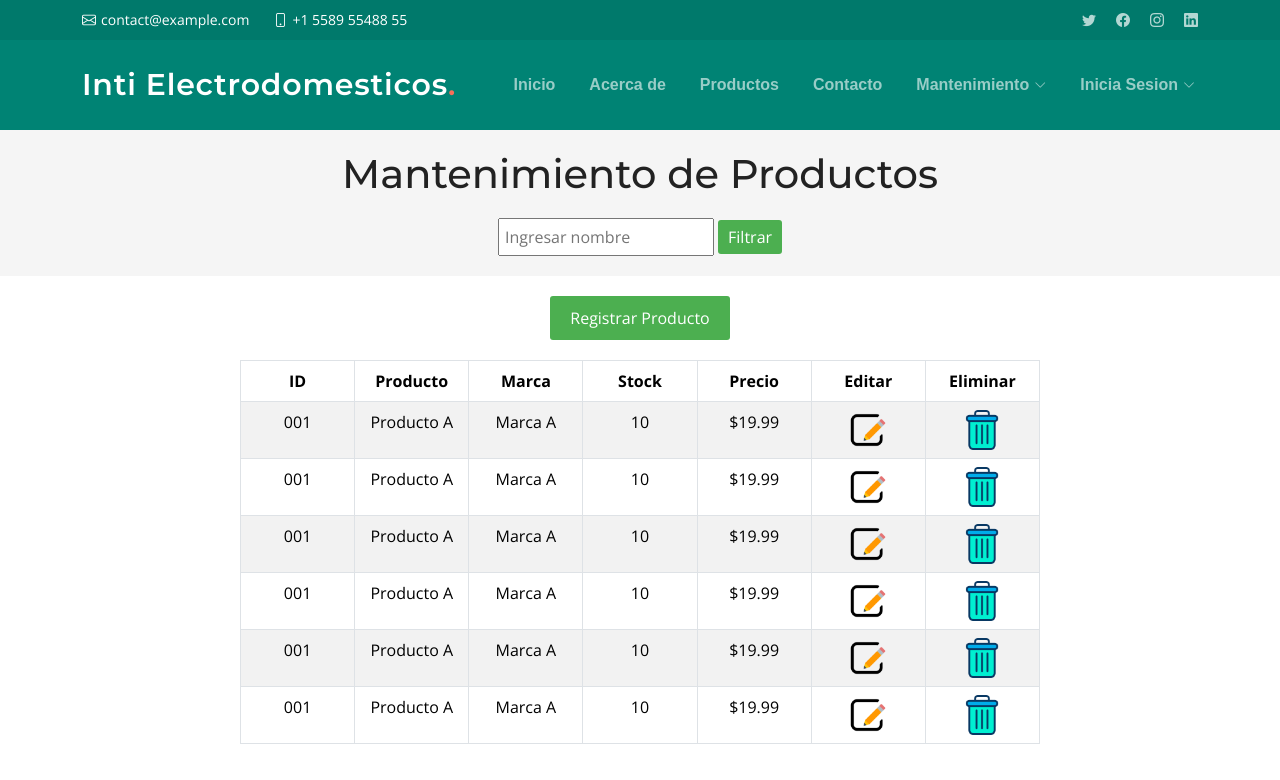
Repository: JReynaldoDelRio/DAWI---IntiElectrdomesticos
Page: http://localhost/mantenimientoProducto
An editor plug-in stored every save of this project. The page is shown before and after the next save, followed by the edit.
The browser window is 1280 px wide. The pictures show the whole page.
Some web fonts or font styles are not loaded; a fallback is used. Some web libraries are served in a nearby version. The page is this project's Thymeleaf template; nobody is signed in. The template is opened directly, without the code that normally fills it, so the values that code supplies are empty.

Above is the page before, as saved 2023-06-07 17:22:05.

### IntiElectrodomesticos/src/main/resources/templates/mantenimientoProducto.html
<!DOCTYPE html>
<html>
<head>
<meta charset="ISO-8859-1">
  <meta charset="utf-8">
  <meta content="width=device-width, initial-scale=1.0" name="viewport">

<link rel="stylesheet" href="css/producto.css">

  <link href="assets/img/favicon.png" rel="icon">
  <link href="assets/img/apple-touch-icon.png" rel="apple-touch-icon">

  <link rel="preconnect" href="https://fonts.googleapis.com">
  <link rel="preconnect" href="https://fonts.gstatic.com" crossorigin>
  <link href="https://fonts.googleapis.com/css2?family=Open+Sans:ital,wght@0,300;0,400;0,500;0,600;0,700;1,300;1,400;1,600;1,700&family=Montserrat:ital,wght@0,300;0,400;0,500;0,600;0,700;1,300;1,400;1,500;1,600;1,700&family=Raleway:ital,wght@0,300;0,400;0,500;0,600;0,700;1,300;1,400;1,500;1,600;1,700&display=swap" rel="stylesheet">

  <link href="assets/vendor/bootstrap/css/bootstrap.min.css" rel="stylesheet">
  <link href="assets/vendor/bootstrap-icons/bootstrap-icons.css" rel="stylesheet">
  <link href="assets/vendor/aos/aos.css" rel="stylesheet">
  <link href="assets/vendor/glightbox/css/glightbox.min.css" rel="stylesheet">
  <link href="assets/vendor/swiper/swiper-bundle.min.css" rel="stylesheet">
  <link rel="stylesheet" href="https://cdn.jsdelivr.net/npm/bootstrap@5.7.1/dist/css/bootstrap.min.css">


  <link href="assets/css/main.css" rel="stylesheet">

<title>Mantenimiento Producto</title>
</head>
<body>

<section id="topbar" class="topbar d-flex align-items-center">
    <div class="container d-flex justify-content-center justify-content-md-between">
      <div class="contact-info d-flex align-items-center">
        <i class="bi bi-envelope d-flex align-items-center"><a href="mailto:contact@example.com">contact@example.com</a></i>
        <i class="bi bi-phone d-flex align-items-center ms-4"><span>+1 5589 55488 55</span></i>
      </div>
      <div class="social-links d-none d-md-flex align-items-center">
        <a href="#" class="twitter"><i class="bi bi-twitter"></i></a>
        <a href="#" class="facebook"><i class="bi bi-facebook"></i></a>
        <a href="#" class="instagram"><i class="bi bi-instagram"></i></a>
        <a href="#" class="linkedin"><i class="bi bi-linkedin"></i></i></a>
      </div>
    </div>
  </section>

  <header id="header" class="header d-flex align-items-center">

    <div class="container-fluid container-xl d-flex align-items-center justify-content-between">
      <a href="index.html" class="logo d-flex align-items-center">

        <!-- <img src="assets/img/logo.png" alt=""> -->
        <h1>Inti Electrodomesticos<span>.</span></h1>
      </a>
      <nav id="navbar" class="navbar">
        <ul>
          <li><a href="/inicio">Inicio</a></li>
          <li><a href="#about">Acerca de </a></li>

          <li><a href="#portfolio">Productos</a></li>



          <li><a href="#contact">Contacto</a></li>
          <li class="dropdown"><a href="#"><span>Mantenimiento</span> <i class="bi bi-chevron-down dropdown-indicator"></i></a>
            <ul>

              <li class="dropdown"><a href="/mantenimientoProducto"><span>Productos</span> <i class="bi bi-chevron-down dropdown-indicator"></i></a>
              </li>
              <li class="dropdown"><a href="#"><span>Cliente</span> <i class="bi bi-chevron-down dropdown-indicator"></i></a>
                <ul>
                  <li><a href="#">Listar</a></li>
                  <li><a href="#">Agregar</a></li>
                  <li><a href="#">Eliminar</a></li>
                  <li><a href="#">Actualizar</a></li>
                </ul>
              </li>
              <li class="dropdown"><a href="#"><span>Proveedor</span> <i class="bi bi-chevron-down dropdown-indicator"></i></a>
                <ul>
                  <li><a href="#">Listar</a></li>
                  <li><a href="#">Agregar</a></li>
                  <li><a href="#">Eliminar</a></li>
                  <li><a href="#">Actualizar</a></li>
                </ul>
              </li>
              <li class="dropdown"><a href="#"><span>Factura</span> <i class="bi bi-chevron-down dropdown-indicator"></i></a>
                <ul>
                  <li><a href="#">Listar</a></li>
                  <li><a href="#">Agregar</a></li>
                  <li><a href="#">Eliminar</a></li>
                  <li><a href="#">Actualizar</a></li>
                </ul>
              </li>


            </ul>
          </li>
          <li class="dropdown"><a href="#"><span>Inicia Sesion</span> <i class="bi bi-chevron-down dropdown-indicator"></i></a>
            <ul>

              <li class="dropdown"><a href="#"><span>Ingresar</span> </a>

              </li>
              <li class="dropdown"><a href="#"><span>Registrar</span> </a>

              </li>

            </ul>
          </li>

        </ul>
      </nav>

      <i class="mobile-nav-toggle mobile-nav-show bi bi-list"></i>
      <i class="mobile-nav-toggle mobile-nav-hide d-none bi bi-x"></i>

    </div>
  </header>
 <header>
        <h1>Mantenimiento de Productos</h1>
        <div class="filter-form">
          <input type="text" placeholder="Ingresar nombre">
          <button>Filtrar</button>
        </div>
      </header>
      <main>
        <button class="register-button" onclick="openDialog()">Registrar Producto</button>
        <table class="table table-bordered table-striped text-center">
          <thead>
            <tr>
              <th>ID</th>
              <th>Producto</th>
              <th>Marca</th>
              <th>Stock</th>
              <th>Precio</th>
              <th>Editar</th>
              <th>Eliminar</th>
            </tr>
          </thead>
          <tbody>
            <tr>
              <td>001</td>
              <td>Producto A</td>
              <td>Marca A</td>
              <td>10</td>
              <td>$19.99</td>
              <td><img src="img/editar.png" alt="Editar"></td>
              <td><img src="img/eliminar.png" alt="Editar"></td>
            </tr>
            <!-- Más filas de la tabla aquí -->
            <tr>
                <td>001</td>
                <td>Producto A</td>
                <td>Marca A</td>
                <td>10</td>
                <td>$19.99</td>
                <td><img src="img/editar.png" alt="Editar"></td>
                <td><img src="img/eliminar.png" alt="Editar"></td>
              </tr>
              <tr>
                <td>001</td>
                <td>Producto A</td>
                <td>Marca A</td>
                <td>10</td>
                <td>$19.99</td>
                <td><img src="img/editar.png" alt="Editar"></td>
                <td><img src="img/eliminar.png" alt="Editar"></td>
              </tr>
              <tr>
                <td>001</td>
                <td>Producto A</td>
                <td>Marca A</td>
                <td>10</td>
                <td>$19.99</td>
                <td><img src="img/editar.png" alt="Editar"></td>
                <td><img src="img/eliminar.png" alt="Editar"></td>
              </tr>
              <tr>
                <td>001</td>
                <td>Producto A</td>
                <td>Marca A</td>
                <td>10</td>
                <td>$19.99</td>
                <td><img src="img/editar.png" alt="Editar"></td>
                <td><img src="img/eliminar.png" alt="Editar"></td>
              </tr>
              <tr>
                <td>001</td>
                <td>Producto A</td>
                <td>Marca A</td>
                <td>10</td>
                <td>$19.99</td>
                <td><img src="img/editar.png" alt="Editar"></td>
                <td><img src="img/eliminar.png" alt="Editar"></td>
              </tr>
          </tbody>
        </table>
      </main>

    <dialog id="register-dialog" >
        <h2>Registro de Producto</h2>
        <form>
          <label for="name">Nombre:</label>
          <select id="name">
            <option value="producto1">Producto 1</option>
            <option value="producto2">Producto 2</option>
            <option value="producto3">Producto 3</option>
          </select>

          <label for="brand">Marca:</label>
          <select id="brand">
            <option value="marca1">Marca 1</option>
            <option value="marca2">Marca 2</option>
            <option value="marca3">Marca 3</option>
          </select>

          <label for="stock">Stock:</label>
          <input type="number" id="stock">

          <label for="price">Precio:</label>
          <input type="number" step="0.01" id="price">

          <button type="button" onclick="registerProduct()">Registrar</button>
          <button type="button" onclick="closeDialog()">Cancelar</button>
        </form>
      </dialog>
      <script src="js/producto.js"></script>
</body>
</html>

### IntiElectrodomesticos/src/main/resources/static/css/producto.css
body {
	font-family: Arial, sans-serif;
	margin: 0;
	padding: 0;
}

header {
	background-color: #f5f5f5;
	padding: 20px;
}

h1 {
	text-align: center;
	margin-top: 0;
}

.filter-form {
	text-align: center;
	margin-top: 20px;
}

.filter-form input[type="text"] {
	padding: 5px;
}

.filter-form button {
	padding: 5px 10px;
	background-color: #4CAF50;
	color: white;
	border: none;
	border-radius: 3px;
	cursor: pointer;
}

main {
	padding: 20px;
	display: flex;
	flex-direction: column;
	align-items: center;
}

.register-button {
	padding: 10px 20px;
	background-color: #4CAF50;
	color: white;
	border: none;
	border-radius: 3px;
	cursor: pointer;
	margin-bottom: 20px;
}

table {
	margin: 0 auto; /* Centrar la tabla horizontalmente */
	max-width: 800px; /* Ancho máximo de la tabla */
	width: 100%;
	table-layout: fixed; /* Fijar el ancho de las columnas */
}

th, td {
	padding: 10px;
	text-align: center;
	border-bottom: 1px solid #ddd;
}

th {
	background-color: #f5f5f5;
}

tbody tr:hover {
	background-color: #f9f9f9;
}

th:nth-child(1), td:nth-child(1), th:nth-child(2), td:nth-child(2), th:nth-child(3),
	td:nth-child(3), th:nth-child(4), td:nth-child(4), th:nth-child(5), td:nth-child(5),
	th:nth-child(6), td:nth-child(6), th:nth-child(7), td:nth-child(7) {
	width: 38.28%; /* Tamaño de cada columna (100% / 7) */
}

img {
	width: 40px;
	height: 40px;
}

dialog {
	border: none;
	padding: 20px;
	width: 400px;
	background-color: #f5f5f5;
	position: fixed;
	top: 50%;
	left: 30%;
	transform: translate(-50%, -50%);
}

dialog h2 {
	margin-top: 0;
	font-size: 24px;
	color: #4CAF50;
	border-bottom: 2px solid #4CAF50;
	text-align: center;
	padding-bottom: 10px;
}

dialog form {
	display: flex;
	flex-direction: column;
}

dialog label {
	margin-bottom: 5px;
}

dialog input, dialog select {
	margin-bottom: 10px;
	padding: 5px;
}

dialog button {
	padding: 5px 10px;
	background-color: #4CAF50;
	color: white;
	border: none;
	border-radius: 3px;
	cursor: pointer;
	margin-top: 10px;
}

Loaded but not shown: IntiElectrodomesticos/src/main/resources/static/js/producto.js (20 lines, source omitted); IntiElectrodomesticos/src/main/resources/static/assets/css/main.css (2669 lines, source omitted)

After the next save:
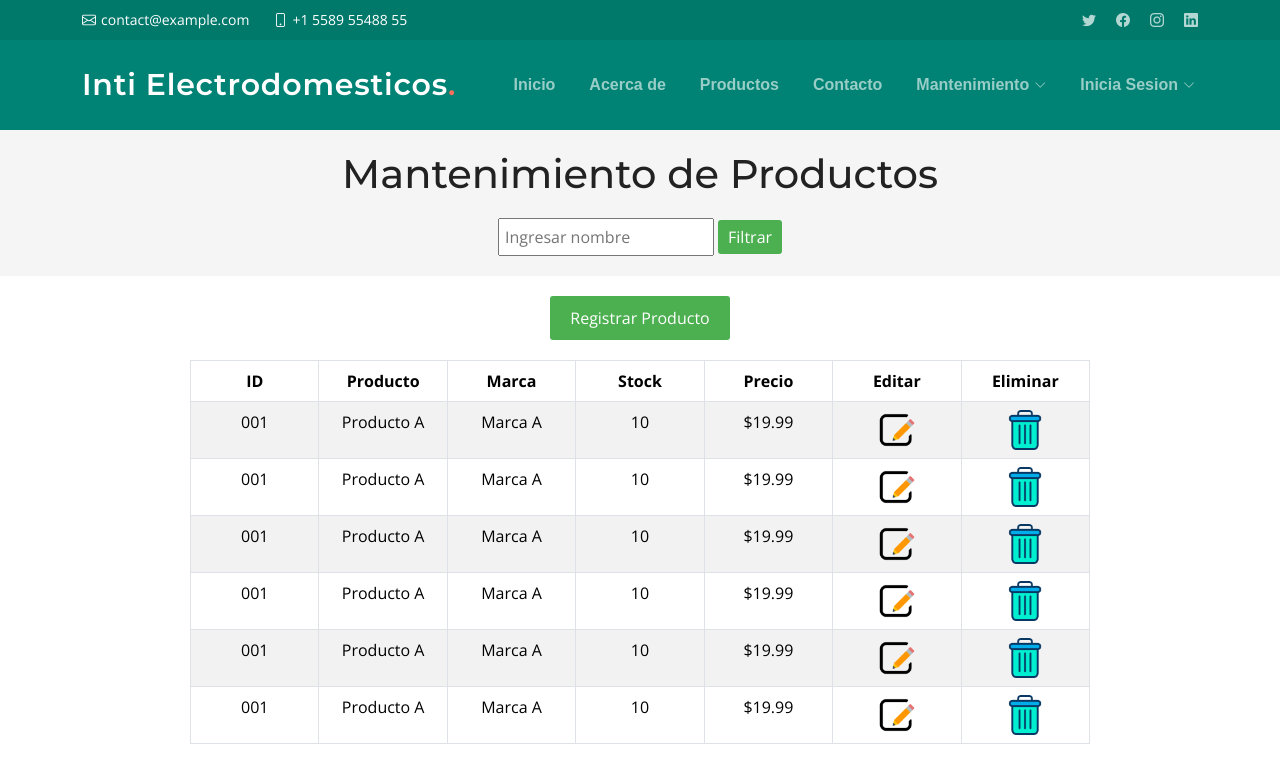
Saved 13 s later.
--- a/IntiElectrodomesticos/src/main/resources/static/css/producto.css
+++ b/IntiElectrodomesticos/src/main/resources/static/css/producto.css
@@ -51,7 +51,7 @@ main {
 
 table {
 	margin: 0 auto; /* Centrar la tabla horizontalmente */
-	max-width: 800px; /* Ancho máximo de la tabla */
+	max-width: 900px; /* Ancho máximo de la tabla */
 	width: 100%;
 	table-layout: fixed; /* Fijar el ancho de las columnas */
 }
